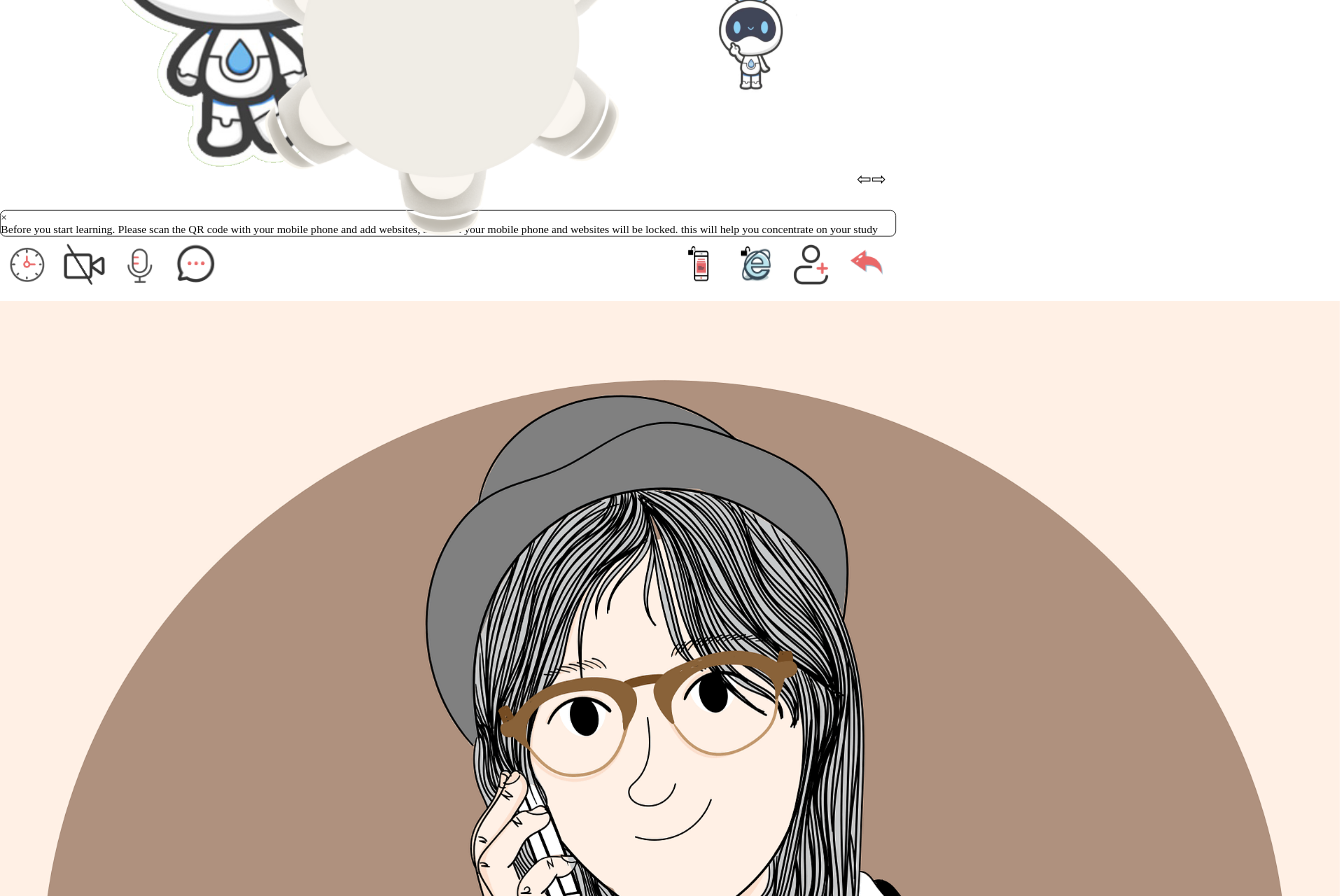
Repository: Team-Extrememe/Online-Study-Room
Page: main.html
These files come from the project's save history. The page is drawn as it stood at one moment and after the next save; the edit follows.
The browser window is 1280 px wide. The page is 1914 px wide, so the pictures cover 1914 px, including what lies to the right of the window. The pictures show the part of the page from y = 450 to 1730 px (the page is 3462 px tall before and 3500 px after), at 70% of full size.

Above is the page before, as saved 2021-10-16 14:08:05.

After the next save:
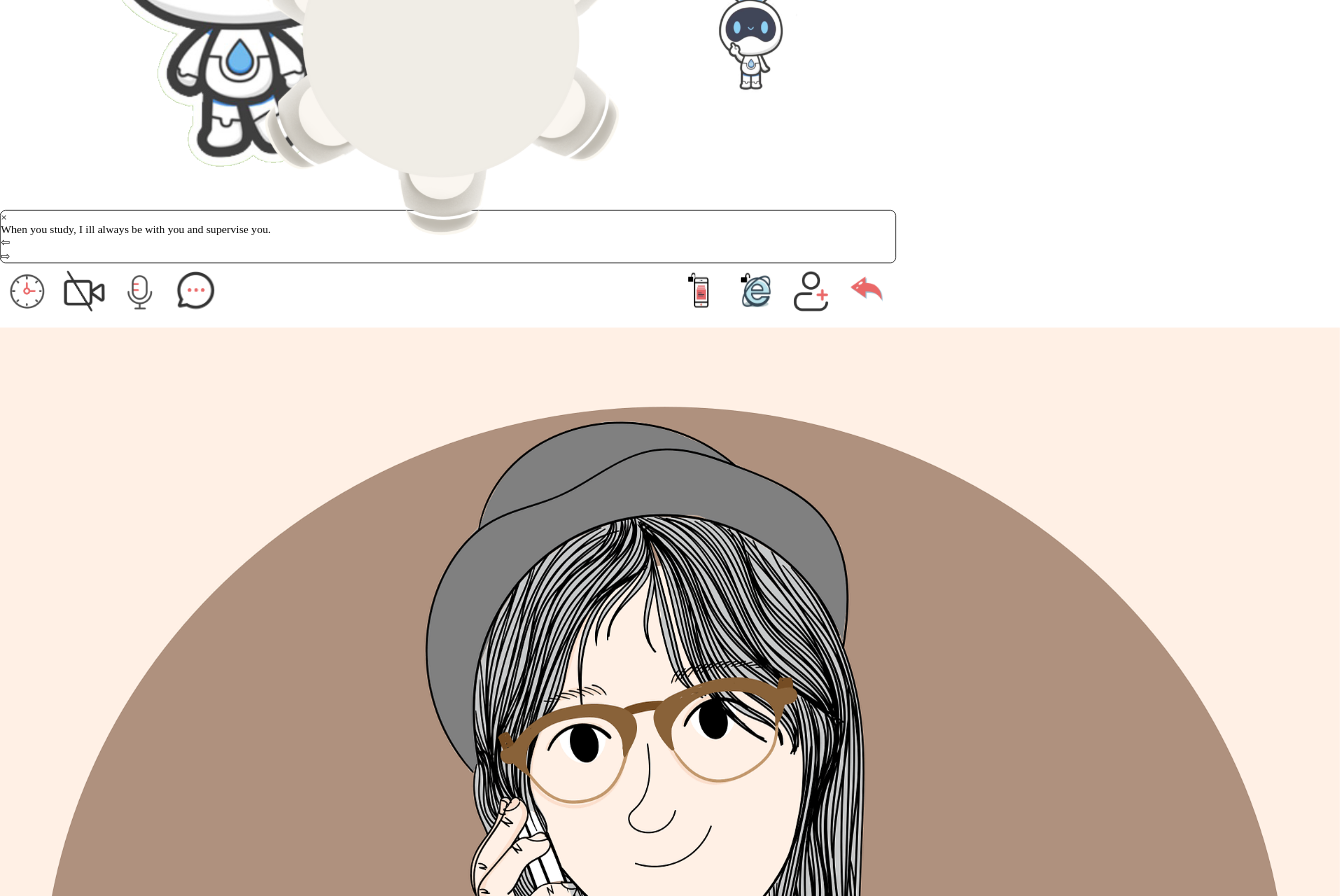
Saved 45 s later.
--- a/main.html
+++ b/main.html
@@ -61,9 +61,9 @@
     <div id="light16" class="guide_div16" style="border-radius: 8px; border: 1px solid black;">
         <div class="guide_text16">
             <div class="close_guide_button16">&times;</div>
-            <span>Before you start learning. Please scan the QR code with your mobile phone and add websites, and then your mobile phone and websites will be locked. this will help you concentrate on your study</span>
-            <div class="mainback4">&#8678;</div>
-            <div class="mainnext4">&#8680;</div>
+            <span>When you study, I ill always be with you and supervise you.</span>
+            <div class="mainback6">&#8678;</div>
+            <div class="mainnext6">&#8680;</div>
         </div>
     </div>
     <div class="left">
